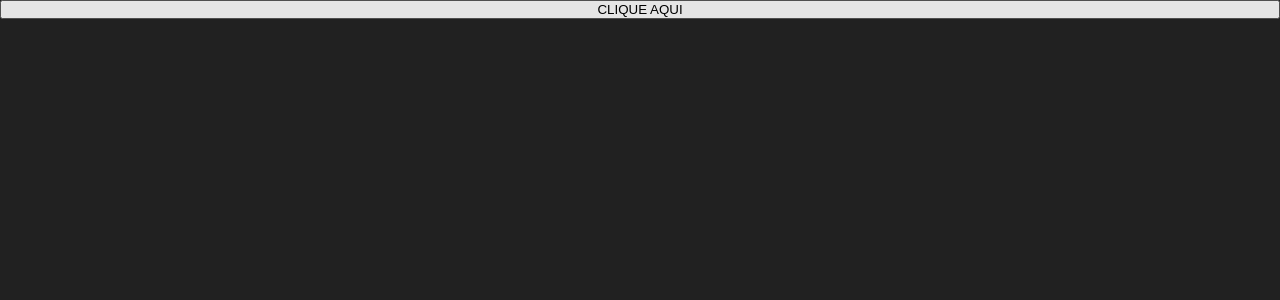
Repository: odiloalmeida/inever
Page: index.html
The author's editor kept a copy of each file at every save. The page is drawn from the files as they stood at one save, then again after the next save.
The browser window is 1280 px wide. The pictures show the whole page.

Above is the page before, as saved 2023-01-31 19:12:06.

After the next save:
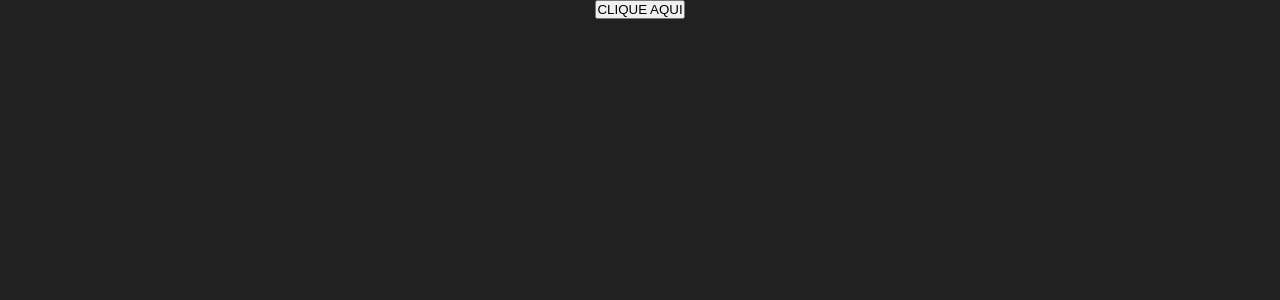
Saved 28 s later.
--- a/style.css
+++ b/style.css
@@ -6,6 +6,8 @@
 
 body {
     background-color: #212121;
-    display: grid;
+    display: flex;
+    flex-direction: column;
     align-items: center;
+    justify-content: center;
 }
